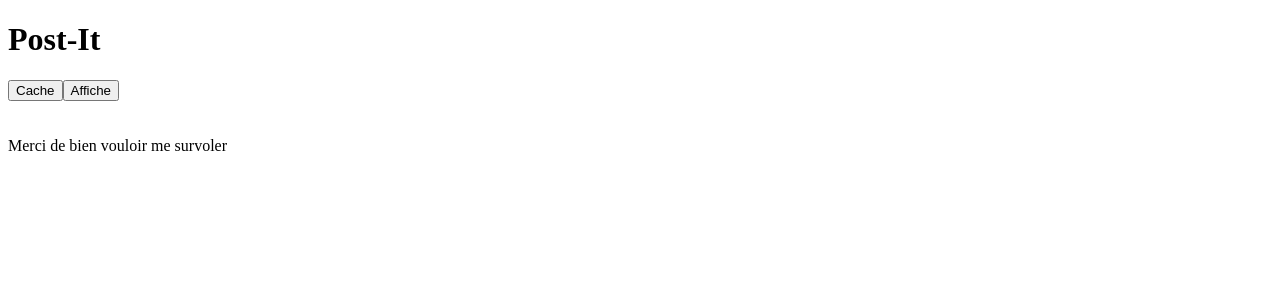
Repository: evalwebmeteofullstack/Gestion_meteo
Page: Notes/Cours + Exercices/Exercices/static/test/5em-code.html
The author's editor kept a copy of each file at every save. The page is drawn from the files as they stood at one save, then again after the next save.
The browser window is 1280 px wide. The pictures show the whole page.

Above is the page before, as saved 2019-02-04 08:47:09.

After the next save:
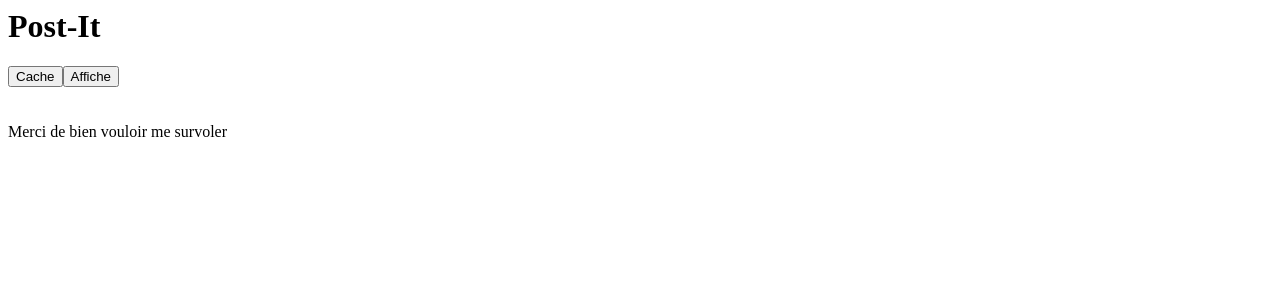
Saved 17 s later.
--- a/Notes/Cours + Exercices/Exercices/static/test/5em-code.html
+++ b/Notes/Cours + Exercices/Exercices/static/test/5em-code.html
@@ -1,4 +1,4 @@
-<!DOCTYPE HTML>
+<!DOCTYPE HTML5>
 <html>
 <link rel="stylesheet" type="text/css" href="style5.css" />
 <meta charset="ISO-8859-1">
